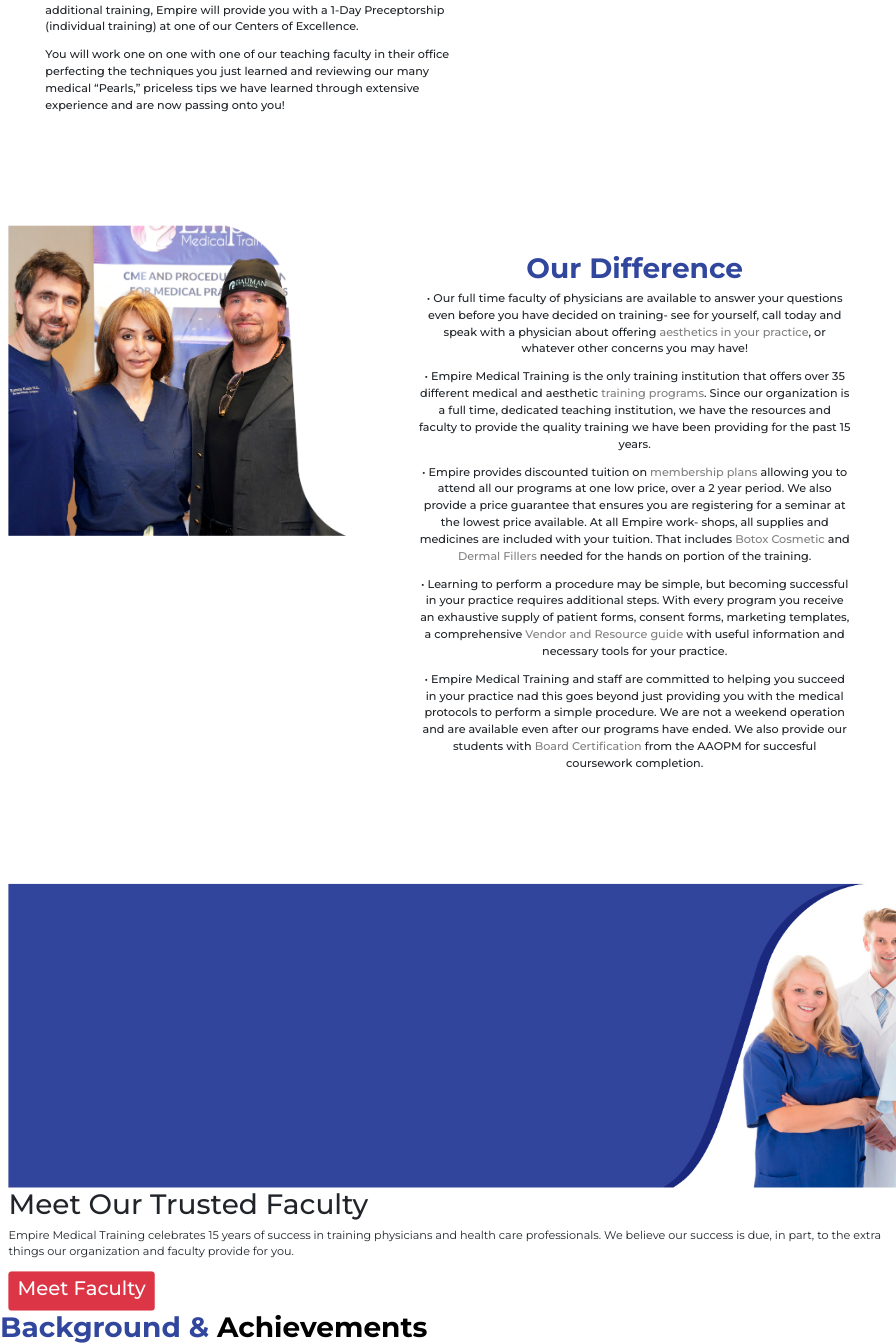
Repository: jorgi710/BODY-CONTOURING-INJECTABLES-AND-ADJUNCT-PROCEDURES
Page: our quarantee/file/src/index.html
The author's editor kept a copy of each file at every save. The page is drawn from the files as they stood at one save, then again after the next save.
The browser window is 1280 px wide. The pictures show the part of the page from y = 889 to 2809 px (the page is 6718 px tall before and 6574 px after), at 70% of full size.

Above is the page before, as saved 2021-04-06 08:22:21.

After the next save:
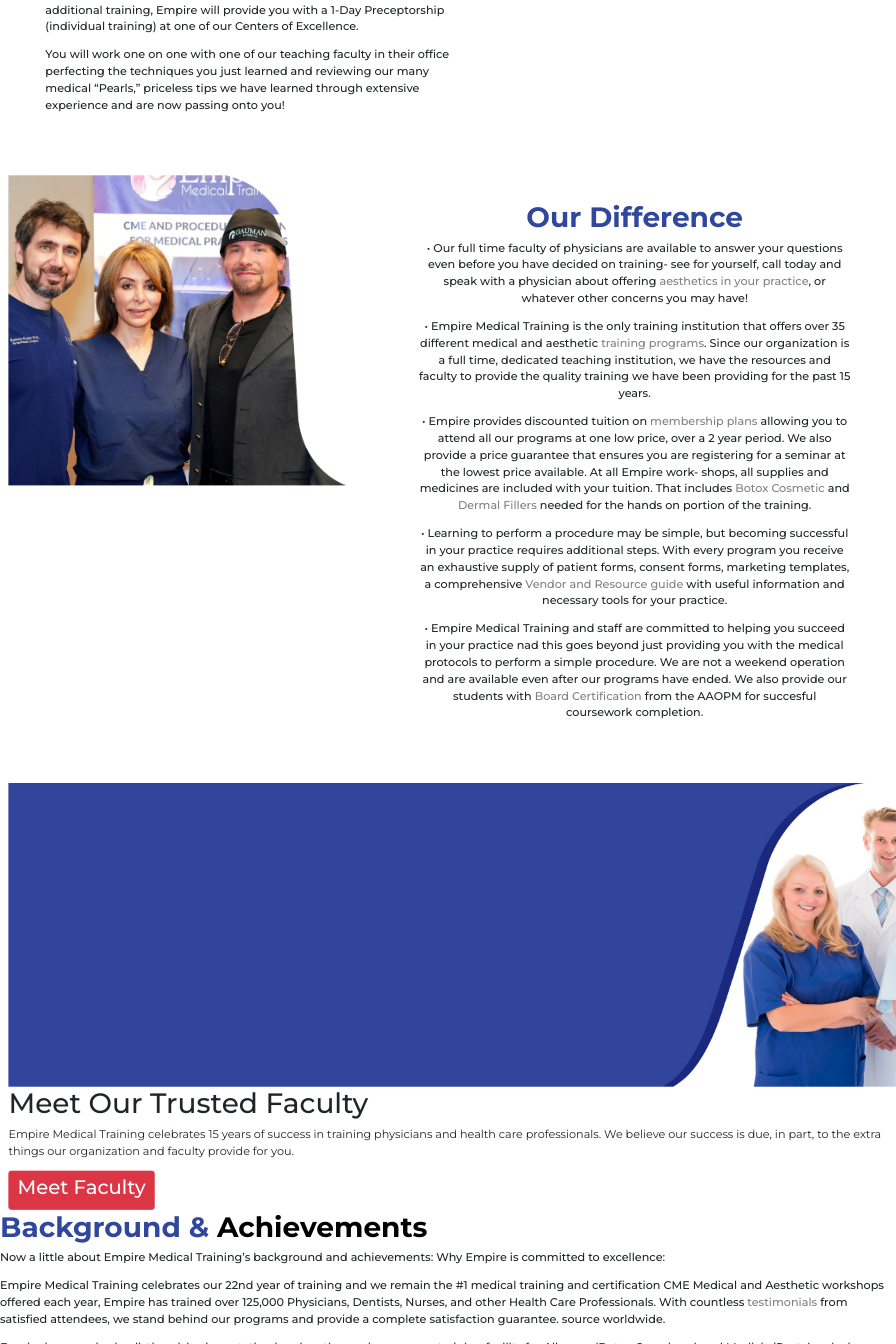
Saved 5 s later.
--- a/our quarantee/file/css/style.css
+++ b/our quarantee/file/css/style.css
@@ -40,7 +40,7 @@
 }
 .section_1 .row .col-md-7 {
   padding: 5vmin 9vmin;
-  padding-bottom: 20vmin;
+  padding-bottom: 10vmin;
 }
 .section_1 .row .col-md-5 img {
   width: 100%;
